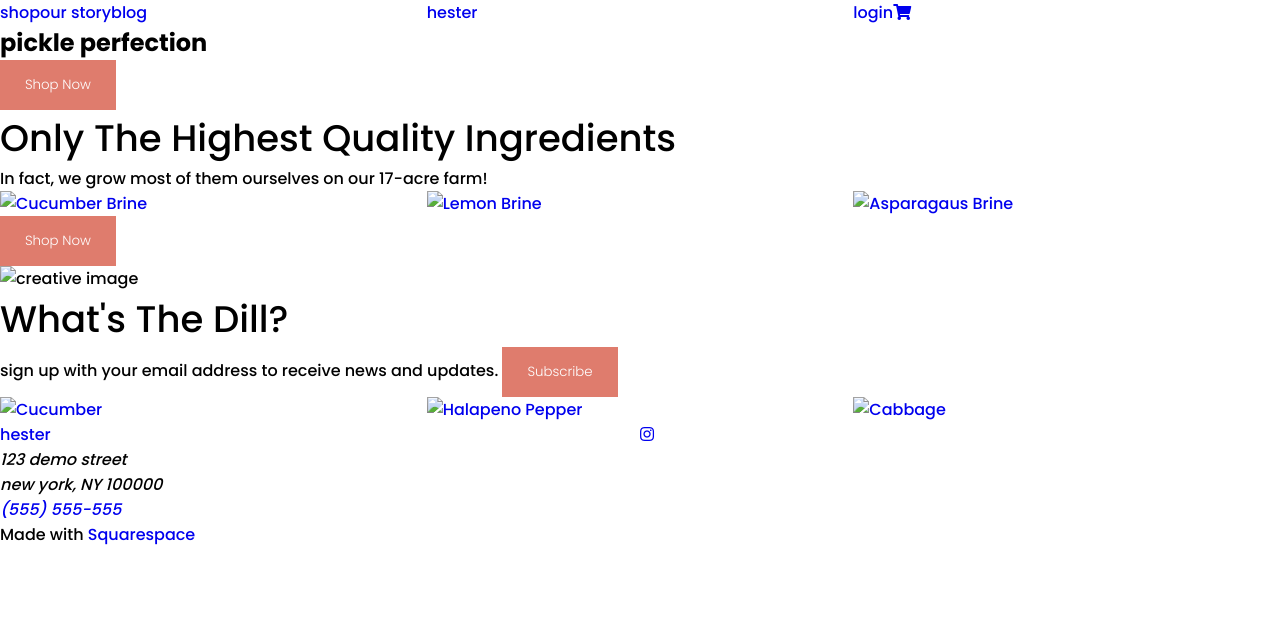
Repository: latenightsnacc/HTML-LESSONS
Page: WEB-DESIGN-2/PROJECTS/hester-p4/index.html
The author's editor kept a copy of each file at every save. The page is drawn from the files as they stood at one save, then again after the next save.
The browser window is 1280 px wide. The pictures show the whole page.
Some web libraries are served in a nearby version.

Above is the page before, as saved 2021-07-19 12:12:51.

### WEB-DESIGN-2/PROJECTS/hester-p4/index.html
<!DOCTYPE html>
<html lang="en">
<head>
    <!--Meta Tags-->
    <meta charset="UTF-8">
    <meta http-equiv="X-UA-Compatible" content="IE=edge">
    <meta name="viewport" content="width=device-width, initial-scale=1.0">
    <!--ICONS: Font Awesome 5 CDN-->
    <link rel="stylesheet" href="https://cdnjs.cloudflare.com/ajax/libs/font-awesome/5.2.0/css/all.min.css">
    <!--POPPINS W:300/500/700 GOOGLE FONT-->
    <link rel="preconnect" href="https://fonts.googleapis.com">
    <link rel="preconnect" href="https://fonts.gstatic.com" crossorigin>
    <link href="https://fonts.googleapis.com/css2?family=Poppins:wght@300;500;700&display=swap" rel="stylesheet">
    <!--Custom Stylesheet-->
    <link rel="stylesheet" href="stylesheets/stylesheet.css">
    <!--Page Title-->
    <title>Welcome to Hester - Hester</title>
</head>
<body>
    <!--Banner Section-->
    <section id="banner">
        <header class="container">
            <!--Navigation Bar-->
            <nav class="nav">
                <!--Nav Menu-->
                <ul class="nav-menu">
                    <li>
                        <a href="#" class="nav-link">shop</a>
                    </li>
                    <li>
                        <a href="#" class="nav-link">our story</a>
                    </li>
                    <li>
                        <a href="#" class="nav-link">blog</a>
                    </li>
                </ul>
                <!--Logo-->
                <a href="index.html" class="logo">
                    <div>hester</div>
                </a>
                <!--Account Menu-->
                <ul class="acct-menu">
                    <li>
                        <a href="#">login</a>
                    </li>
                    <li>
                        <a href="#">
                            <i class="fas fa-shopping-cart"></i>
                        </a>
                    </li>
                </ul>
            </nav>
        </header>
        <div class="content">
            <!--Text-->
            <h1 class="bannerText">pickle perfection</h1>
            <!--CTA btn-->
            <button class="btn bannerBtn">shop now</button>
        </div>
    </section>
    <!--Highest Quality Ingredients Section-->
    <section id="ingredients">
        <div class="container">
            <!--Section Title-->
            <div class="center">
                <h2 class="title">Only the Highest Quality Ingredients</h2>
                <span class="titleText">In fact, we grow most of them ourselves on our 17-acre farm!</span>
            </div>
            <!--Row of Images-->
            <div class="row">
                <!--Col-->
                <div class="col">
                    <a href="#">
                        <img src="#" alt="Cucumber Brine">
                    </a>
                </div>
                <!--Col-->
                <div class="col">
                    <a href="#">
                        <img src="#" alt="Lemon Brine">
                    </a>
                </div>
                <!--Col-->
                <div class="col">
                    <a href="#">
                        <img src="#" alt="Asparagaus Brine">
                    </a>
                </div>
            </div>
            <!--Cta btn-->
            <div class="center">
                <button class="btn">shop now</button>
            </div>
        </div>
    </section>
    <!--Creative Image Section-->
    <section id="creativeImg">
        <div class="container">
            <!--Img-->
            <img src="" alt="creative image" />
        </div>
    </section>
    <!--Whats the Dill Section-->
    <section id="whats-the-dill">
        <div class="container">
            <!--Centered Content-->
            <div class="center">
                <!--Section Title-->
                <h2 class="title">what's the dill?</h2>
                <span class="titleText">sign up with your email address to receive news and updates.</span>
                <!--Cta btn-->
                <button class="btn">subscribe</button>
            </div>
            <!--Row of Images-->
            <div class="row">
                <!--Col-->
                <div class="col">
                    <a href="#">
                        <img src="" alt="Cucumber">
                    </a>
                </div>
                <!--Col-->
                <div class="col">
                    <a href="#">
                        <img src="" alt="Halapeno Pepper">
                    </a>
                </div>
                <!--Col-->
                <div class="col">
                    <a href="#">
                        <img src="" alt="Cabbage">
                    </a>
                </div>
            </div>
        </div>
    </section>
    <!--Footer-->
    <footer id="footer">
        <div class="container">
            <!--Row-->
            <div class="row">
                <!--Col-->
                <div class="col">
                    <!--Logo-->
                    <a href="index.html" class="logo footerLogo">
                        <div>hester</div>
                    </a>
                    <!--Address-->
                    <address>123 demo street <br/>
                    new york, NY 100000 <br/>
                    <a href="tel:(555)555-555">(555) 555-555</a>
                    </address>
                    <!--License-->
                    <span>Made with <a href="#">Squarespace</a></span>
                </div>
                <!--Col-->
                <div class="col">
                    <!--Social Media Menu-->
                    <a href="#">
                        <i class="fab fa-instagram"></i>
                    </a>
                </div>
            </div>
        </div>
    </footer>
</body>
</html>

### WEB-DESIGN-2/PROJECTS/hester-p4/stylesheets/stylesheet.css
/* @import url('https://fonts.googleapis.com/css2?family=Poppins:wght@300;500;700&display=swap'); */

:root {
    --white: white;
    --primary:#df7c6d;
    --black: black;
    --w300: 300;
    --w500: 500;
    --w700:700;
    --tLg: 47px;
    --tLH: 60px;
    --mTx: 37px;
    --mLH: 49px;
    --rTx: 16px;
    --rLH: 32px;


}

*{
    margin: 0;
    padding: 0;
    text-decoration: none;
    box-sizing: border-box;
    list-style: none;
    outline: none;
    font-family: 'Poppins', sans-serif;
}

body {
    background-color: var(--white);
}

.nav, .row, .nav-menu, .acct-menu {
    display: flex;
    width: 100%;
}
.nav-menu, .logo, .acct-menu,.col {
    flex: 1;
}

.btn {
   padding: 15px 25px;
   text-align: center;
   text-transform: capitalize;
   border-radius: 0px;
   border: none;
   background-color: var(--primary);
   color: var(--white);
   font-weight: var(--w300);
}
.bannerText {
    font-size: ;
}
.title {
    font-size: var(--mTx);
    font-weight: var(--mLH);
    text-transform: capitalize;
}

After the next save:
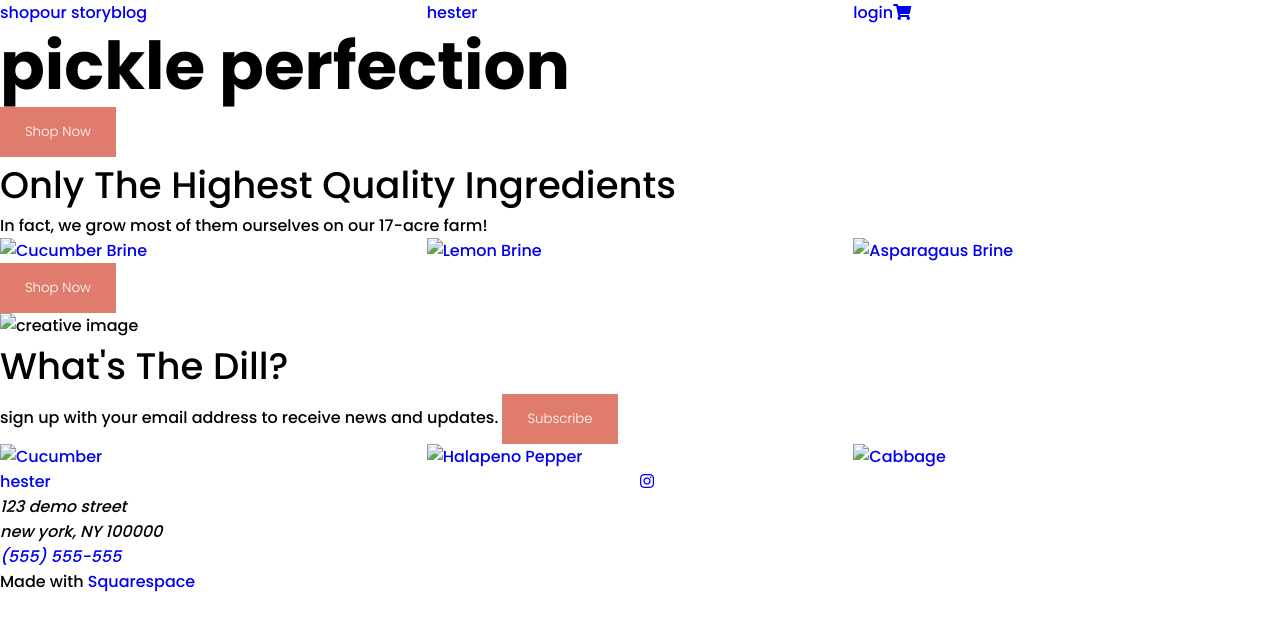
Saved 62 s later.
--- a/WEB-DESIGN-2/PROJECTS/hester-p4/stylesheets/stylesheet.css
+++ b/WEB-DESIGN-2/PROJECTS/hester-p4/stylesheets/stylesheet.css
@@ -13,7 +13,8 @@
     --mLH: 49px;
     --rTx: 16px;
     --rLH: 32px;
-
+    --xTx: 66px;
+    --xLH:82px;
 
 }
 
@@ -50,7 +51,9 @@
    font-weight: var(--w300);
 }
 .bannerText {
-    font-size: ;
+    font-size: var(--xTx);
+    font-weight: var(--w700);
+    line-height: var(--xLH);
 }
 .title {
     font-size: var(--mTx);
